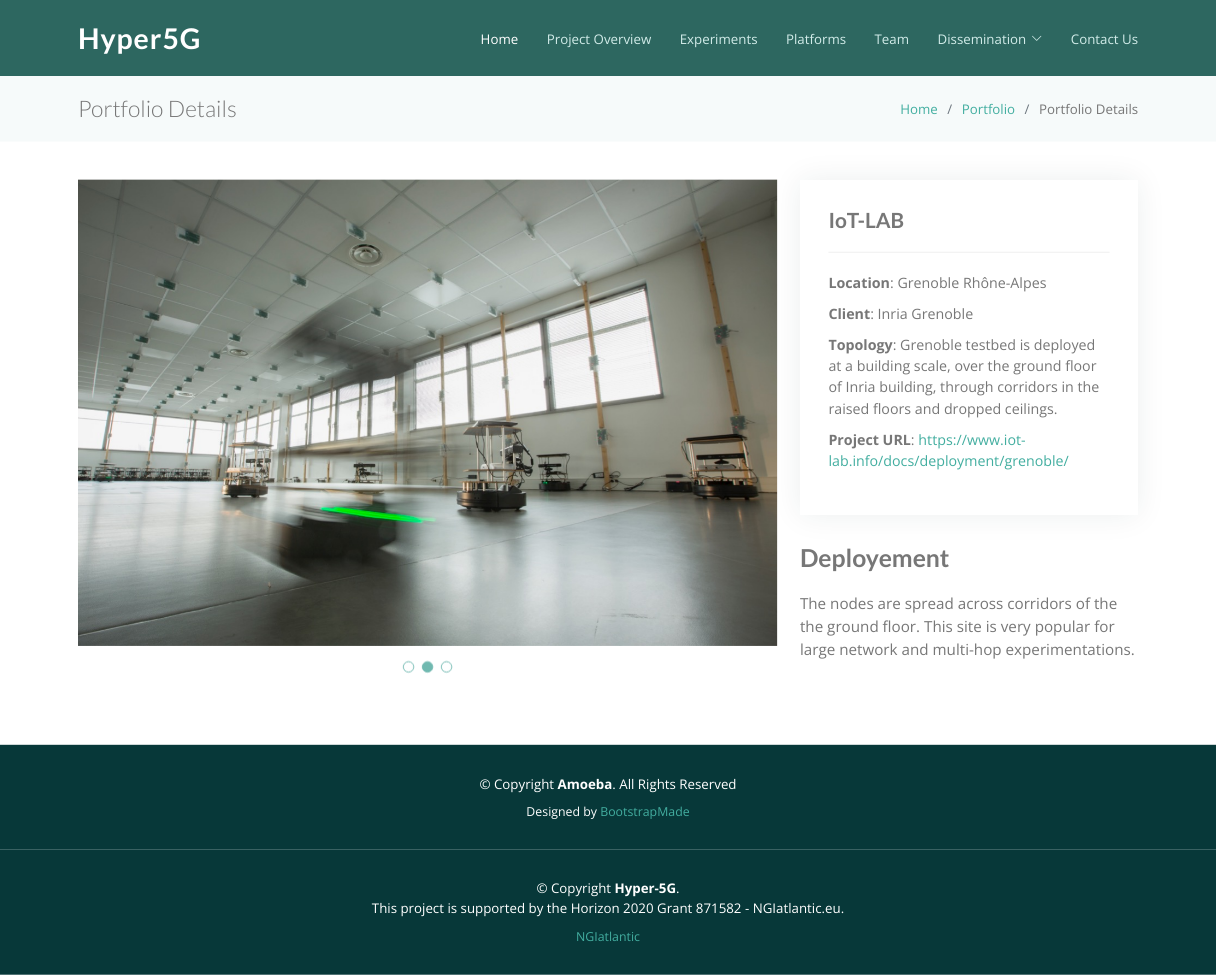
Repository: hakiri/Hyper5G
Page: portfolio-details.html
These files come from the project's save history. The page is drawn as it stood at one moment and after the next save; the edit follows.
The browser window is 1280 px wide. The pictures show the whole page, at 95% of full size.

Above is the page before, as saved 2022-07-23 15:30:43.

After the next save:
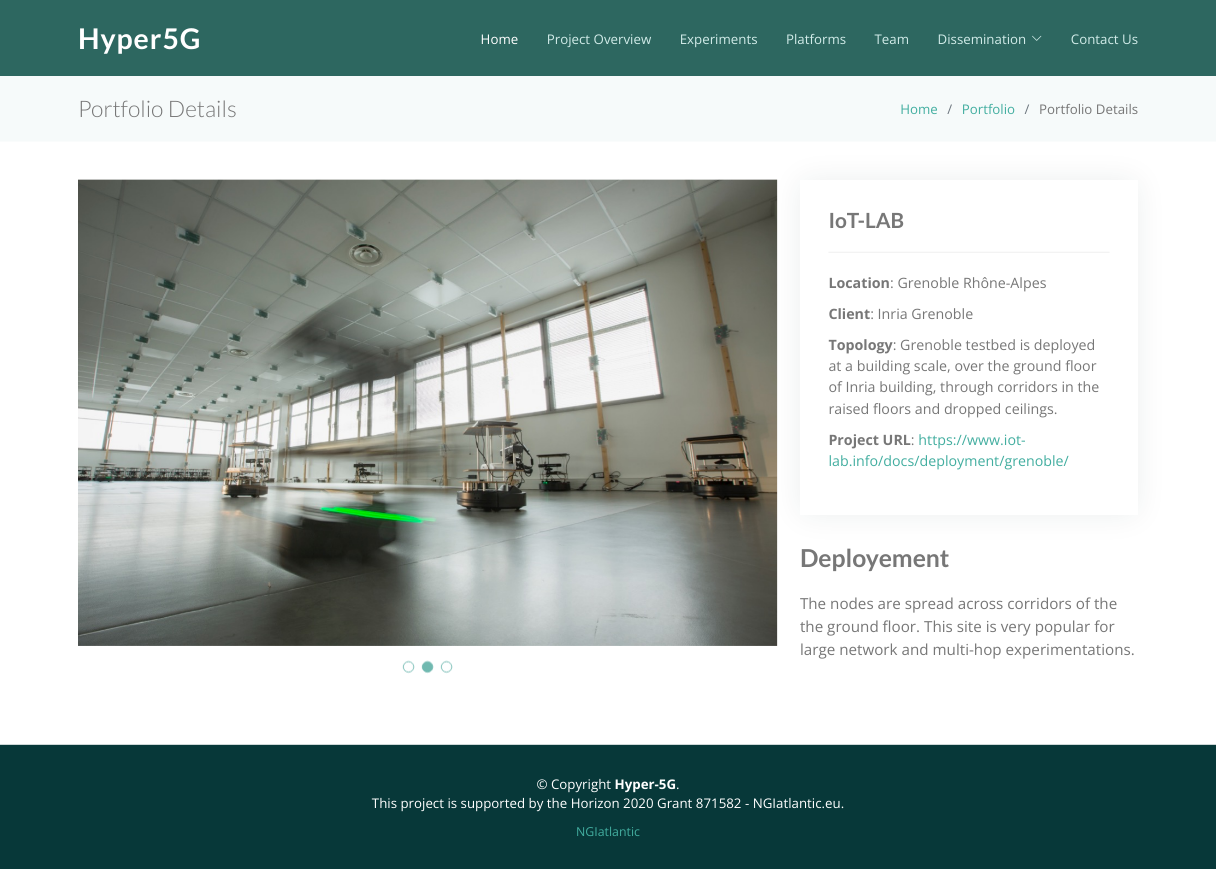
Saved 5 s later.
--- a/portfolio-details.html
+++ b/portfolio-details.html
@@ -154,22 +154,7 @@
     </main>
     <!-- End #main -->
 
-    <!-- ======= Footer ======= -->
-    <footer id="footer">
-        <div class="container">
-            <div class="copyright">
-                &copy; Copyright <strong><span>Amoeba</span></strong>. All Rights Reserved
-            </div>
-            <div class="credits">
-                <!-- All the links in the footer should remain intact. -->
-                <!-- You can delete the links only if you purchased the pro version. -->
-                <!-- Licensing information: https://bootstrapmade.com/license/ -->
-                <!-- Purchase the pro version with working PHP/AJAX contact form: https://bootstrapmade.com/free-one-page-bootstrap-template-amoeba/ -->
-                Designed by <a href="https://bootstrapmade.com/">BootstrapMade</a>
-            </div>
-        </div>
-    </footer>
-    <!-- End #footer -->
+
     <!-- ======= Footer ======= -->
     <footer id="footer">
         <div class="container">
